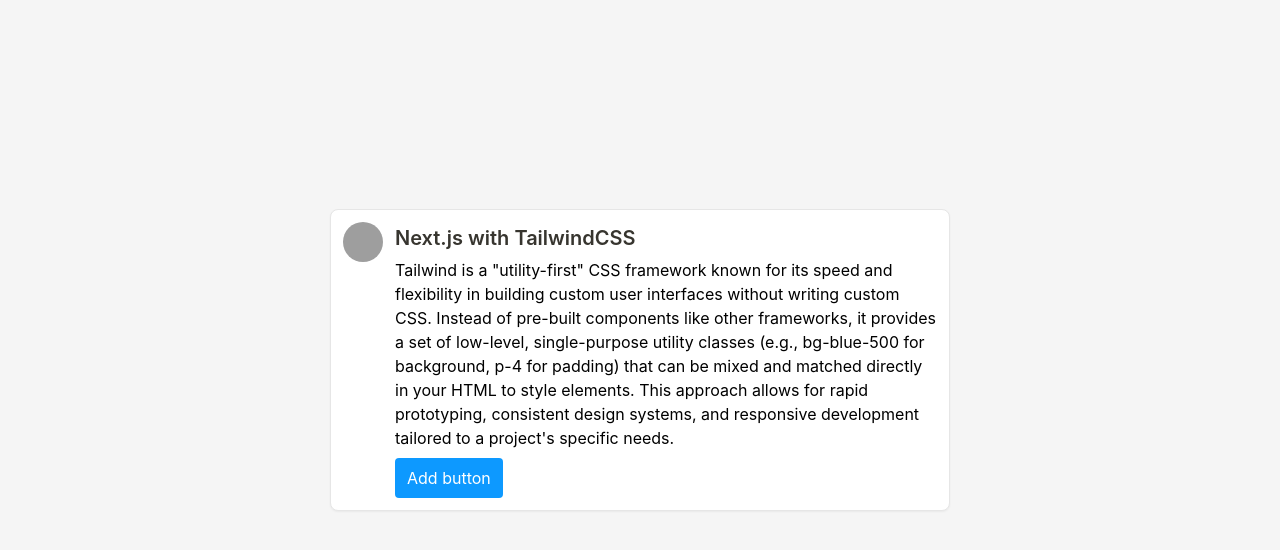
Repository: vignesh33654/resizablesidebar
Page: /
These files come from the project's save history. The page is drawn as it stood at one moment and after the next save; the edit follows.
The browser window is 1280 px wide. The pictures show the whole page.
The project was rebuilt for these pictures with package versions that can differ from the ones it lists, and the page was loaded fresh each time.

Above is the page before, as saved 2025-11-11 09:55:36.

After the next save:
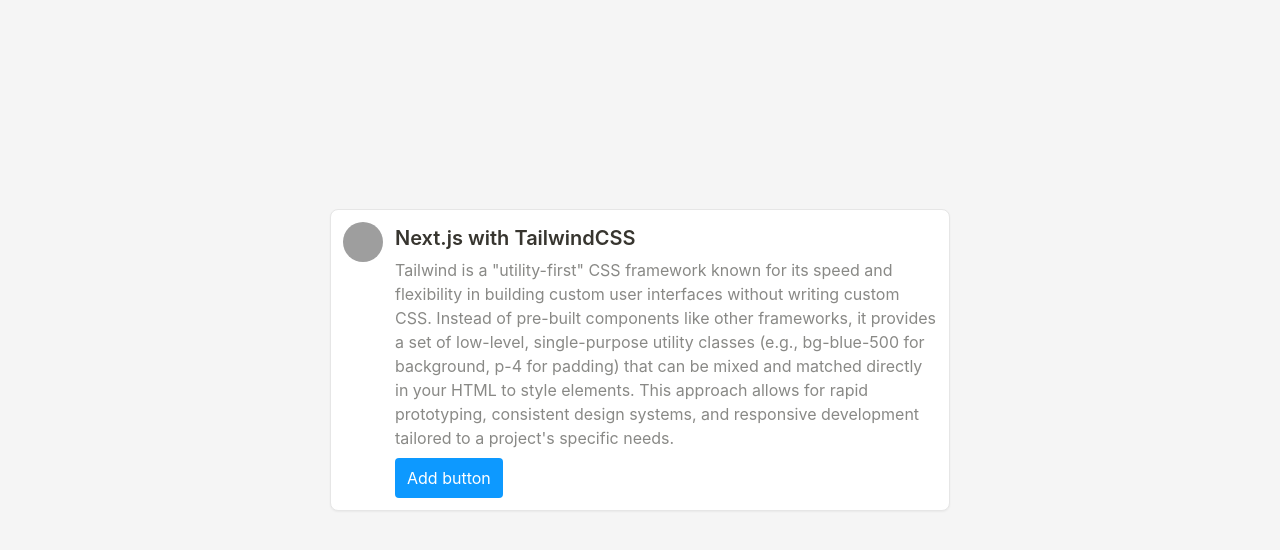
Saved 21 s later.
--- a/src/App.tsx
+++ b/src/App.tsx
@@ -19,7 +19,7 @@
             Next.js with TailwindCSS
           </h3>
 
-          <p className="text-color-text-Secondary">
+          <p className="text-text-Secondary">
             Tailwind is a "utility-first" CSS framework known for its speed and flexibility in building custom user interfaces without writing custom CSS. Instead of pre-built components like other frameworks, it provides a set of low-level, single-purpose utility classes (e.g., bg-blue-500 for background, p-4 for padding) that can be mixed and matched directly in your HTML to style elements. This approach allows for rapid prototyping, consistent design systems, and responsive development tailored to a project's specific needs.
           </p>
 
